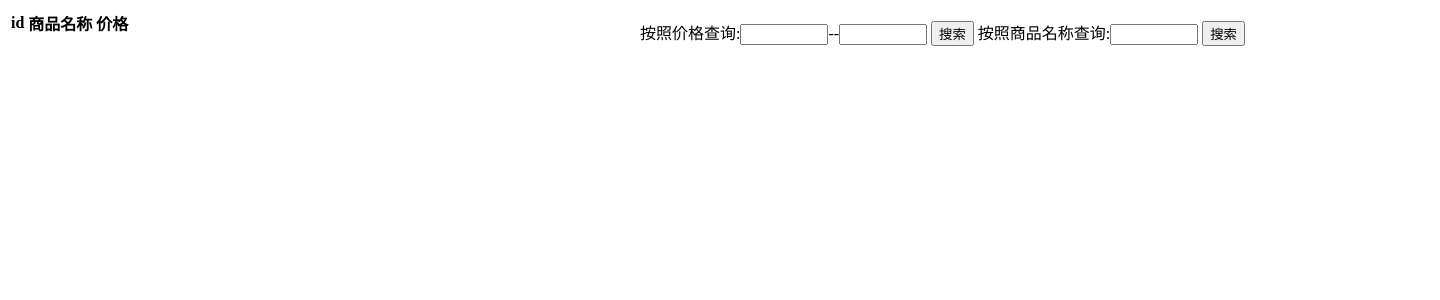
Repository: ldqml/project
Page: jsgaoji/chaxunshangpin.html
An editor plug-in stored every save of this project. The page is shown before and after the next save, followed by the edit.
The browser window is 1280 px wide. The page is 1440 px wide, then 1280 px, so the pictures cover 1440 px, including what lies to the right of the window. The pictures show the whole page.

Above is the page before, as saved 2022-07-15 17:55:07.

After the next save:
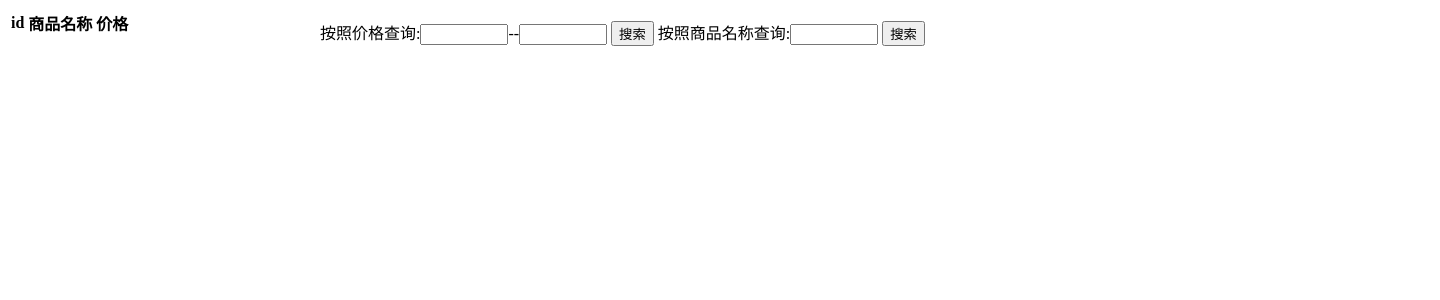
Saved 15 s later.
--- a/jsgaoji/chaxunshangpin.html
+++ b/jsgaoji/chaxunshangpin.html
@@ -11,7 +11,7 @@
             height: 50px;
             position: absolute;
             top: 20px;
-            left: 50%;
+            left: 25%;
         }
         .sousuo input{
             width: 80px;
